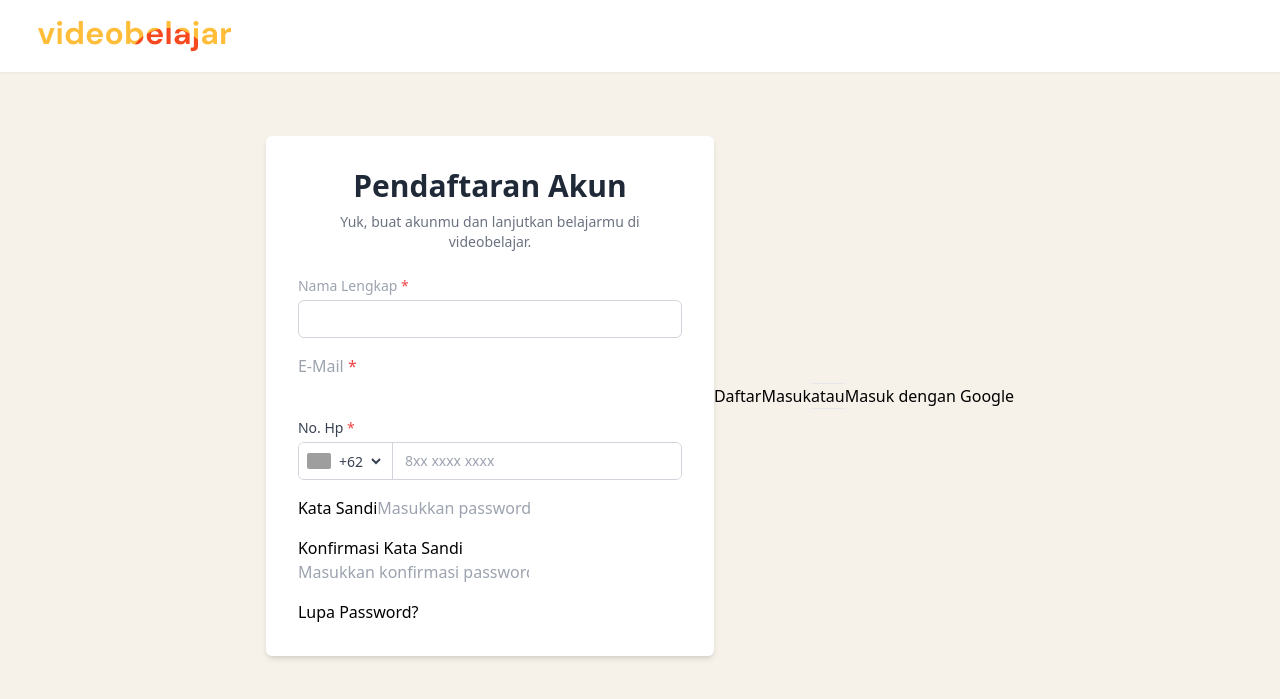
Repository: dimascahyanugraha/Course-Mission-4
Page: /signup
The author's editor kept a copy of each file at every save. The page is drawn from the files as they stood at one save, then again after the next save.
The browser window is 1280 px wide. The pictures show the whole page.
Pictures or frames that could not be fetched are drawn as grey boxes. The project was rebuilt for these pictures with package versions that can differ from the ones it lists, and the page was loaded fresh each time. Also part of the build but not shown: vite.config.js, src/components/LoginPage.jsx.

Above is the page before, as saved 2026-05-29 19:28:03.

After the next save:
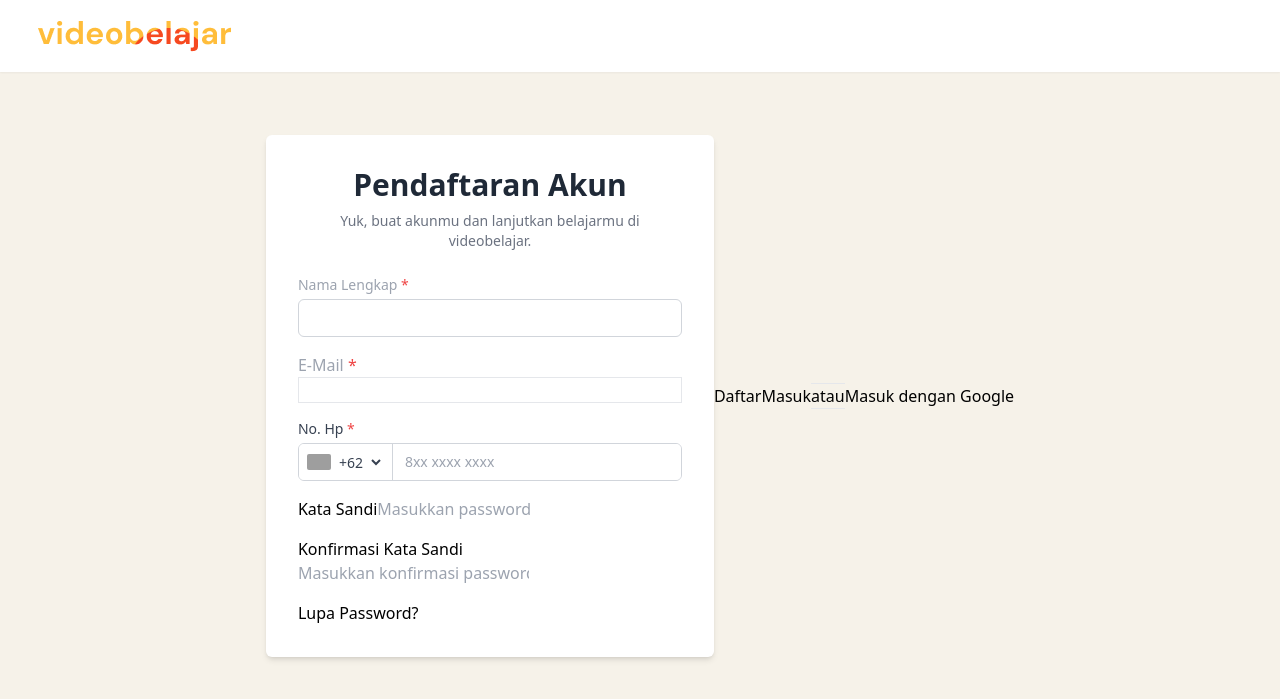
Saved 5 s later.
--- a/src/components/Signup.jsx
+++ b/src/components/Signup.jsx
@@ -30,7 +30,7 @@ export default function Signup() {
               <label className="block text-md font-medium text-gray-400">
                 E-Mail <span className="text-red-500">*</span>
               </label>
-              <input type="email" className="mg-1 w-full" />
+              <input type="email" className="mg-1 w-full border" />
             </div>
             {/* NO. HP */}
             <div>
